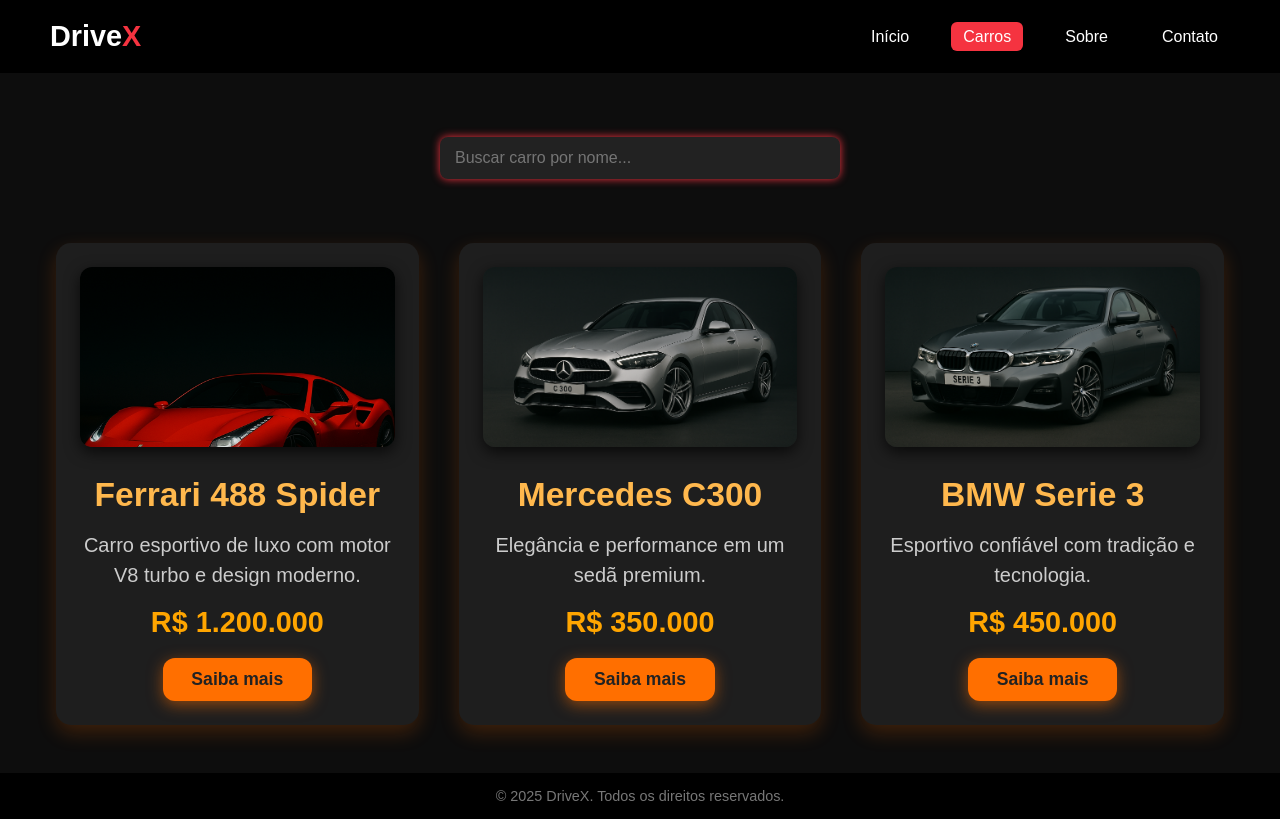
Repository: Mateushlp/DriveX
Page: carros.html
An editor plug-in stored every save of this project. The page is shown before and after the next save, followed by the edit.
The browser window is 1280 px wide. The pictures show the whole page.

Above is the page before, as saved 2025-06-23 22:46:50.

### carros.html
<!DOCTYPE html>
<html lang="pt-br">
<head>
  <meta charset="UTF-8" />
  <meta name="viewport" content="width=device-width, initial-scale=1.0" />
  <title>DriveX - Carros Disponíveis</title>
  <link rel="stylesheet" href="carros.css" />
</head>
<body>
  <header>
    <div class="logo">Drive<span>X</span></div>
    <nav>
      <ul>
        <li><a href="index.html">Início</a></li>
        <li><a href="carros.html" class="active">Carros</a></li>
        <li><a href="sobre.html">Sobre</a></li>
        <li><a href="contato.html">Contato</a></li>
      </ul>
    </nav>
  </header>

  <main>
    <section class="filtro" style="text-align:center; margin: 2rem 0;">
      <input type="text" id="filtro-carros" placeholder="Buscar carro por nome..." />
    </section>

    <section class="grid-carro">
      <div class="card-carro">
        <img src="./img/ferrari.png" alt="Ferrari 488 Spider" />
        <h3>Ferrari 488 Spider</h3>
        <p>Carro esportivo de luxo com motor V8 turbo e design moderno.</p>
        <strong>R$ 1.200.000</strong>
        <button class="btn-detalhes" data-modelo="Ferrari 488 Spider">Saiba mais</button>
      </div>
      <div class="card-carro">
        <img src="./img/ChatGPT Image 19 de jun. de 2025, 23_14_08.png" alt="Mercedes C300" />
        <h3>Mercedes C300</h3>
        <p>Elegância e performance em um sedã premium.</p>
        <strong>R$ 350.000</strong>
        <button class="btn-detalhes" data-modelo="Mercedes C300">Saiba mais</button>
      </div>
      <div class="card-carro">
        <img src="./img/serie 3.png" alt="BMW Serie 3" />
        <h3>BMW Serie 3</h3>
        <p>Esportivo confiável com tradição e tecnologia.</p>
        <strong>R$ 450.000</strong>
        <button class="btn-detalhes" data-modelo="BMW Serie 3">Saiba mais</button>
      </div>
      <!-- Adicione mais carros aqui -->
    </section>

    <!-- Modal para detalhes -->
    <div id="modal-detalhes" class="modal">
      <div class="modal-content">
        <span id="fechar-modal" class="fechar">&times;</span>
        <h2 id="titulo-modal"></h2>
        <img id="img-modal" src="" alt="" style="max-width:100%; border-radius: 10px; margin-bottom: 1rem;" />
        <p id="descricao-modal"></p>
        <strong id="preco-modal"></strong>
      </div>
    </div>
  </main>

  <footer>
    <p>&copy; 2025 DriveX. Todos os direitos reservados.</p>
  </footer>

  <script src="carros.js"></script>
</body>
</html>

### carros.css
/* Reset básico */
* {
  margin: 0;
  padding: 0;
  box-sizing: border-box;
}

body {
  font-family: 'Arial', sans-serif;
  background-color: #0d0d0d;
  color: #fff;
  min-height: 100vh;
  flex-direction: column;
}

/* HEADER */
header {
  display: flex;
  justify-content: space-between;
  align-items: center;
  padding: 20px 50px;
  background-color: #000;
}

.logo {
  font-size: 1.8rem;
  font-weight: bold;
  color: #fff;
}

.logo span {
  color: #f53340;
}

nav ul {
  list-style: none;
  display: flex;
  gap: 30px;
}

nav a {
  color: #fff;
  text-decoration: none;
  font-size: 1rem;
  padding: 6px 12px;
  border-radius: 6px;
  transition: background-color 0.3s ease;
}

nav a:hover,
nav a.active {
  background-color: #f53340;
  color: #fff;
}

/* MAIN */
main {
  display: grid;
  grid-template-columns: 2fr;
    padding: 2rem;
    gap: 2rem;
  padding: 2rem 1rem 3rem;
  max-width: 1200px;
  margin: 0 auto;
}

/* Filtro */
.filtro {
  text-align: center;
  margin-bottom: 3rem;
}

.filtro input[type="text"] {
  width: 90%;
  max-width: 400px;
  padding: 12px 15px;
  font-size: 1rem;
  border-radius: 8px;
  border: none;
  outline: none;
  box-shadow: 0 0 8px #f53340;
  background-color: #222;
  color: #fff;
  transition: box-shadow 0.3s ease;
}

.filtro input[type="text"]:focus {
  box-shadow: 0 0 15px #f53340;
}

/* Grid de carros */
.grid-carro {
  display: grid;
  grid-template-columns: repeat(auto-fill, minmax(320px, 1fr));
  gap: 2.5rem;
}
/* Card carro */
.card-carro {
  background: #1e1e1e;
  padding: 1.5rem;
  border-radius: 15px;
  box-shadow: 0 8px 20px rgba(255, 111, 0, 0.2);
  transition: transform 0.3s ease, box-shadow 0.3s ease;
  display: flex;
  flex-direction: column;
  align-items: center;
  height: 100%;
}

.card-carro:hover {
  transform: translateY(-8px);
  box-shadow: 0 12px 35px rgba(255, 111, 0, 0.5);
}

.card-carro img {
  width: 100%;
  max-height: 180px;
  object-fit: cover;
  border-radius: 12px;
  margin-bottom: 1.2rem;
  box-shadow: 0 5px 15px rgba(0,0,0,0.7);
}

.card-carro h3 {
  font-size: 2.1rem;
  color: #ffb84d;
  margin-top: 0.6rem;
  text-align: center;
}

.card-carro p {
  font-size: 1.25rem;
  line-height: 1.5;
  color: #ccc;
  margin-top: 1rem;
  flex-grow: 1;
  text-align: center;
}

.card-carro strong {
  font-size: 1.8rem;
  color: #ffa500;
  margin: 1rem 0 1.2rem 0;
  font-weight: 900;
}

/* Botão Saiba Mais */
.btn-detalhes {
  background-color: #ff6f00;
  color: #222;
  border: none;
  padding: 0.7rem 1.8rem;
  border-radius: 12px;
  cursor: pointer;
  font-weight: 700;
  font-size: 1.1rem;
  transition: background-color 0.3s ease;
  box-shadow: 0 4px 15px rgba(255, 111, 0, 0.5);
}

.btn-detalhes:hover {
  background-color: #ff9100;
  box-shadow: 0 6px 22px rgba(255, 145, 0, 0.8);
}

/* Modal */
.modal {
  display: none;
  position: fixed;
  z-index: 9999;
  left: 0;
  top: 0;
  width: 100%;
  height: 100%;
  background-color: rgba(18, 18, 18, 0.85);
  justify-content: center;
  align-items: center;
  overflow-y: auto;
  padding: 2rem 1rem;
}

.modal.show {
  display: flex;
}

.modal-content {
  background: #2a2a2a;
  padding: 2.5rem;
  border-radius: 20px;
  max-width: 600px;
  text-align: center;
  box-shadow: 0 10px 40px rgba(255, 111, 0, 0.7);
  color: #fff;
  position: relative;
}

.fechar {
  position: absolute;
  top: 20px;
  right: 25px;
  font-size: 2.6rem;
  cursor: pointer;
  color: #ff6f00;
  transition: color 0.3s ease;
}

.fechar:hover {
  color: #ffa040;
}

/* Footer */
footer {
  background-color: #000;
  text-align: center;
  padding: 15px 0;
  color: #777;
  font-size: 0.9rem;
  margin-top: auto;
}

Loaded but not shown: carros.js (no copy from this time; the picture is the same without it)

After the next save:
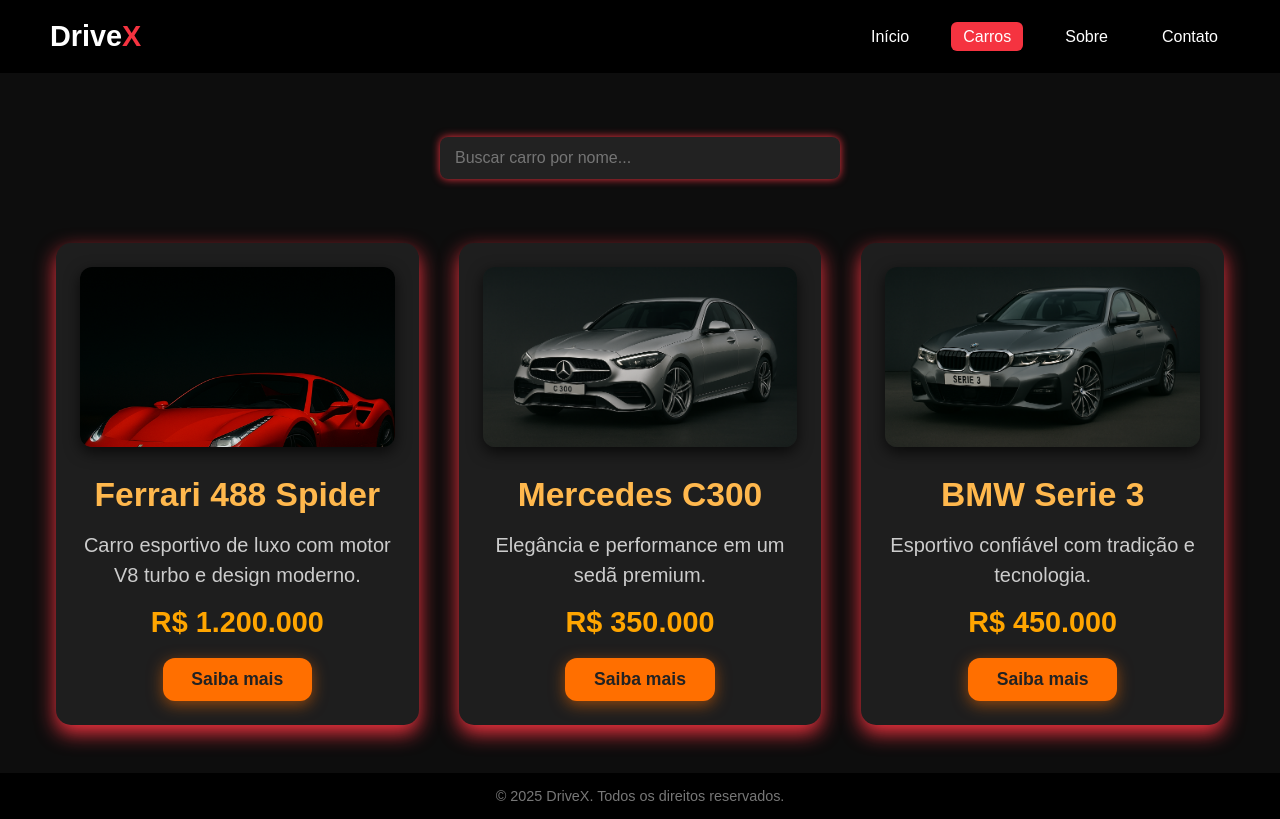
Saved 6 s later.
--- a/carros.css
+++ b/carros.css
@@ -99,7 +99,7 @@
   background: #1e1e1e;
   padding: 1.5rem;
   border-radius: 15px;
-  box-shadow: 0 8px 20px rgba(255, 111, 0, 0.2);
+  box-shadow: 0 8px 20px #f53340;
   transition: transform 0.3s ease, box-shadow 0.3s ease;
   display: flex;
   flex-direction: column;
